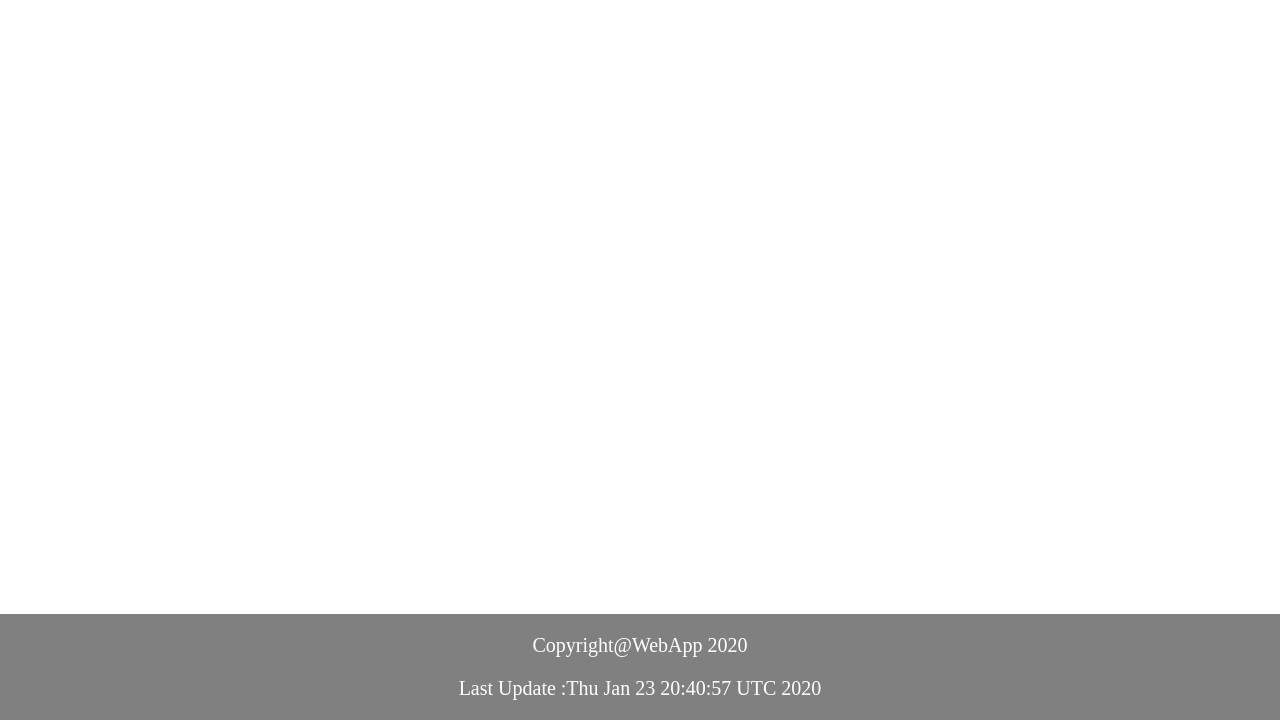
Repository: SriMerla/ServletsAndJsps
Page: http://localhost/WebApplicationProject/footer.jsp
These files come from the project's save history. The page is drawn as it stood at one moment and after the next save; the edit follows.
The browser window is 1280 px wide. The pictures show the whole page.
The page is served by Tomcat 9.

Above is the page before, as saved 2020-01-30 05:23:16.

After the next save:
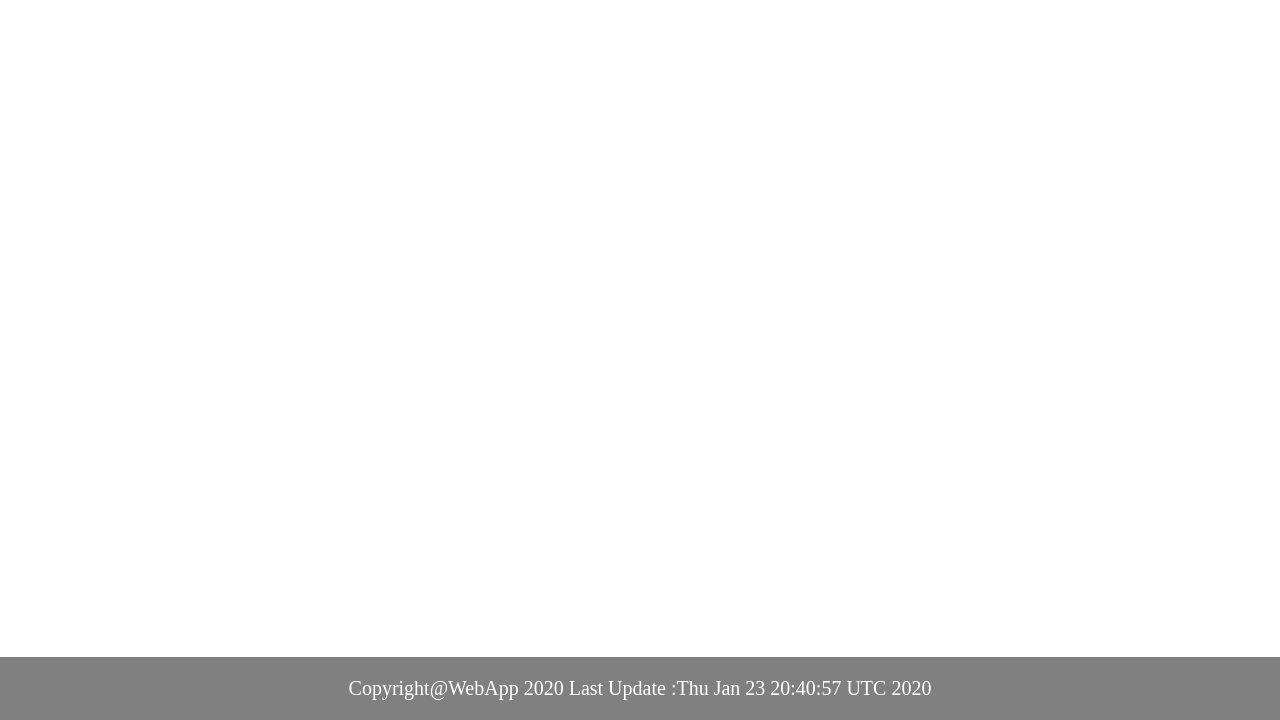
Saved 25 s later.
--- a/Servlets/WebApplicationProject/WebContent/footer.jsp
+++ b/Servlets/WebApplicationProject/WebContent/footer.jsp
@@ -21,8 +21,8 @@
 </head>
 <body>
    <div class="footer">
-     <p> Copyright@WebApp 2020</p>
-     <p> Last Update :<%= new java.util.Date() %> </p>
+     <p> Copyright@WebApp 2020
+     Last Update :<%= new java.util.Date() %> </p>
 
    </div>
 </body>
